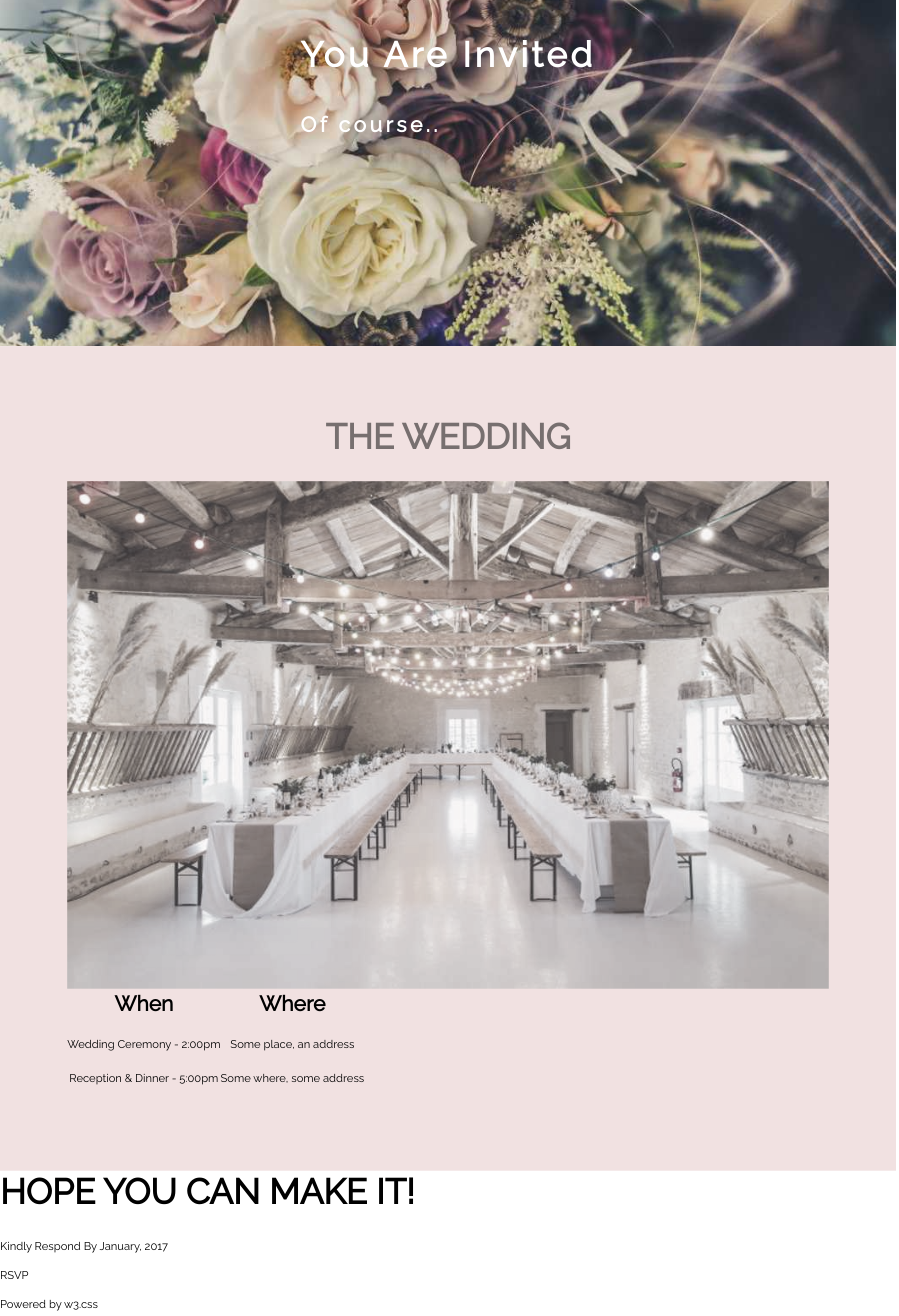
Repository: hesshess/clonecoding-assignment
Page: 4-wedding-invitation/template4.html
An editor plug-in stored every save of this project. The page is shown before and after a run of saves, followed by the edit.
The browser window is 1280 px wide. The page is 1284 px wide, so the pictures cover 1284 px, including what lies to the right of the window. The pictures show the part of the page from y = 2128 to 4008 px (the page is 4008 px tall), at 70% of full size.

Above is the page before, as saved 2022-03-17 18:39:47.

After the next 2 saves:
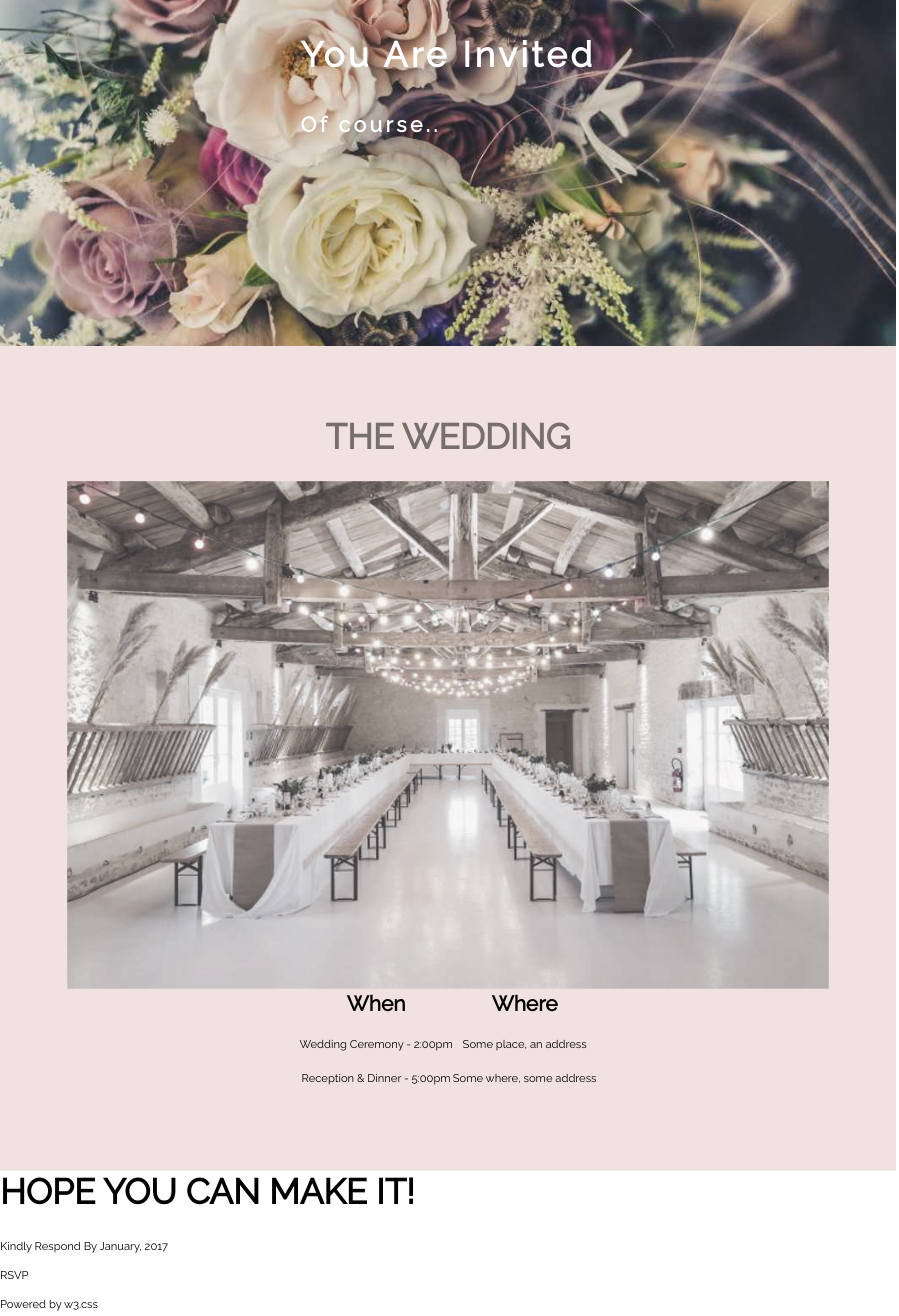
The 2 saves are shown as one change because they came seconds apart.
The last was saved 21 s later.
--- a/4-wedding-invitation/template4.css
+++ b/4-wedding-invitation/template4.css
@@ -105,5 +105,6 @@ p > a {
 .when-where {
   box-sizing: border-box;
   display: flex;
-  justify-content: ceter;
+  justify-content: center;
+  align-items: center;
 }
